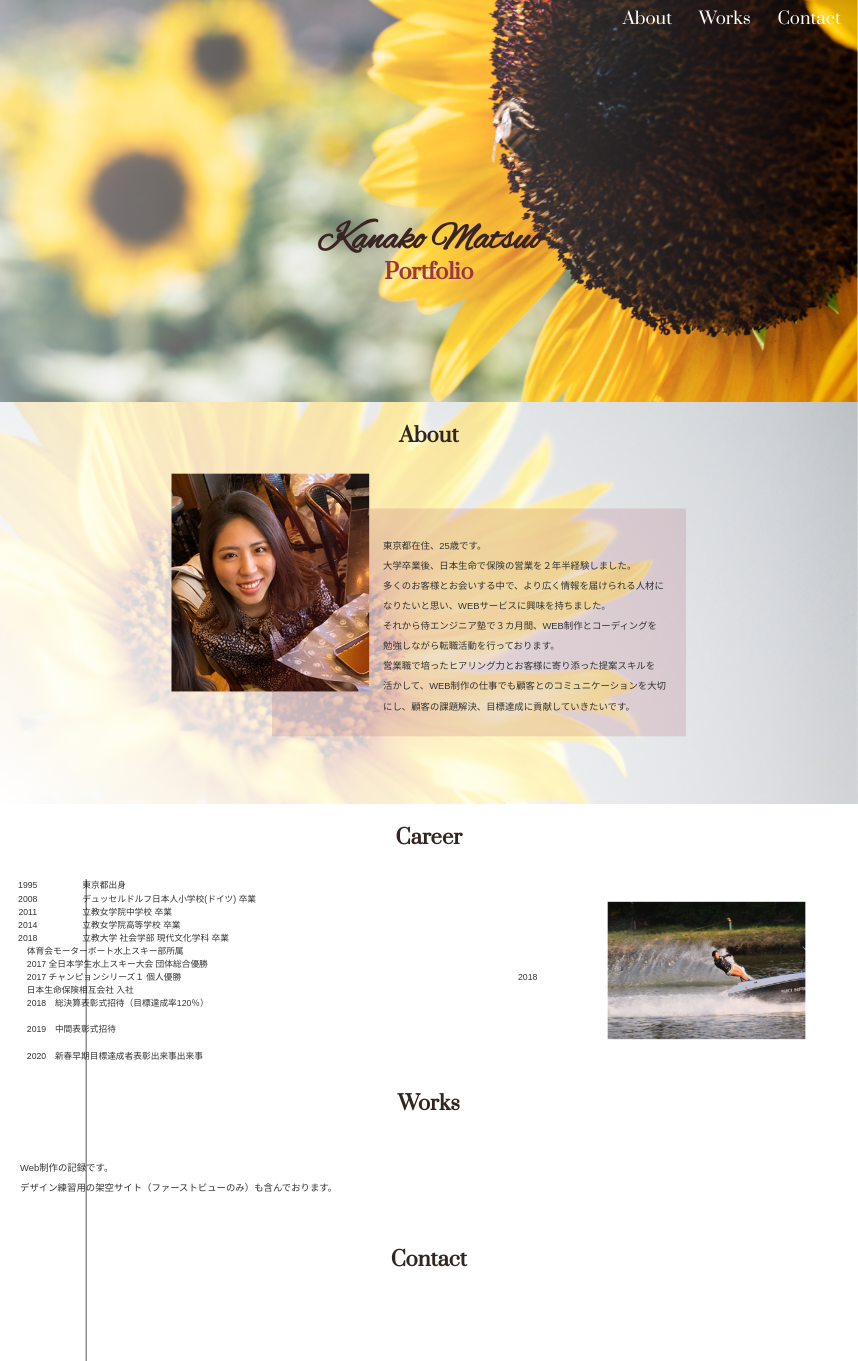
Repository: KanakoMatsuo/Portfolio
Page: index.html
The author's editor kept a record of every edit. The page is drawn from the files as they stood at one moment, then again after the next edit.
The browser window is 1280 px wide. The pictures show the whole page, at 67% of full size.

Above is the page before.

After the next edit:
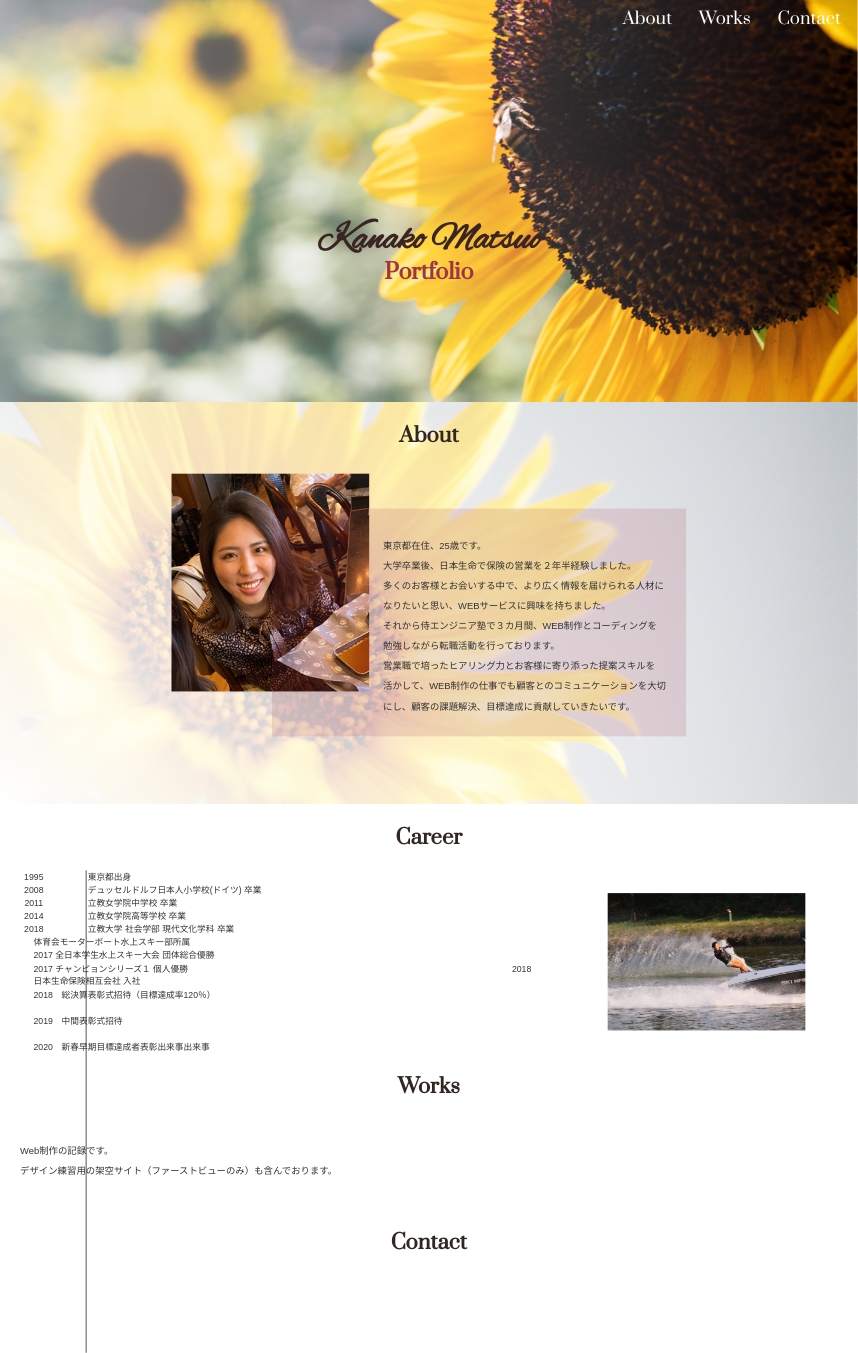
The edit:
--- a/Portfolio.css
+++ b/Portfolio.css
@@ -145,6 +145,7 @@
 .history {
   display: flex;
   flex-wrap: wrap;
+  margin:0 10px;
 }
 
 .history dt {
